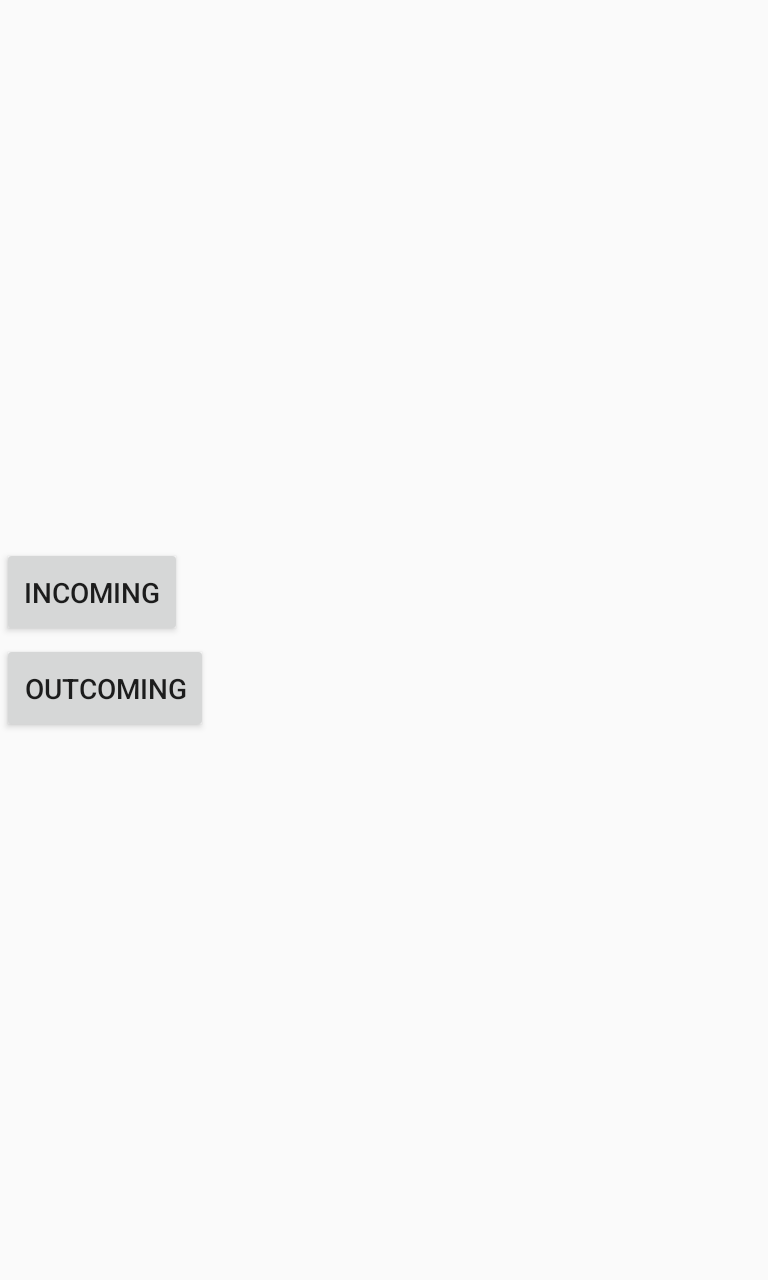
Repository: juanciullini/costManager
Layout: costManager/res/layout/fragment_main.xml
An editor plug-in stored every save of this project. The layout is shown before and after the next save, followed by the edit.
It is drawn on a 768 x 1280 px phone screen (xhdpi) without system bars, with theme AppTheme; the app's code is not run.

Above is the layout before, as saved 2014-10-28 17:02:19.

### costManager/res/layout/fragment_main.xml
<LinearLayout xmlns:android="http://schemas.android.com/apk/res/android"
    xmlns:tools="http://schemas.android.com/tools"
    android:layout_width="match_parent"
    android:layout_height="match_parent"
    android:gravity="center_vertical"
    android:orientation="vertical"
    tools:context="com.june.costmanager.MainActivity$PlaceholderFragment" >

    <Button
        android:id="@+id/button_incoming"
        android:layout_width="wrap_content"
        android:layout_height="wrap_content"
        android:text="@string/button_incoming" />

    <Button
        android:id="@+id/button_outcoming"
        android:layout_width="wrap_content"
        android:layout_height="wrap_content"
        android:text="@string/button_outcoming" />"

</LinearLayout>

### costManager/res/values/strings.xml
<?xml version="1.0" encoding="utf-8"?>
<resources>

    <string name="app_name">costManager</string>
    <string name="hello_world">Hello world!</string>
    <string name="action_settings">Settings</string>
    <string name="button_incoming">Incoming</string>
    <string name="button_outcoming">Outcoming</string>

</resources>

Loaded but not shown: costManager/res/values/styles.xml (common file); costManager/res/values-v11/styles.xml (common file); costManager/res/values-v14/styles.xml (common file)

After the next save:
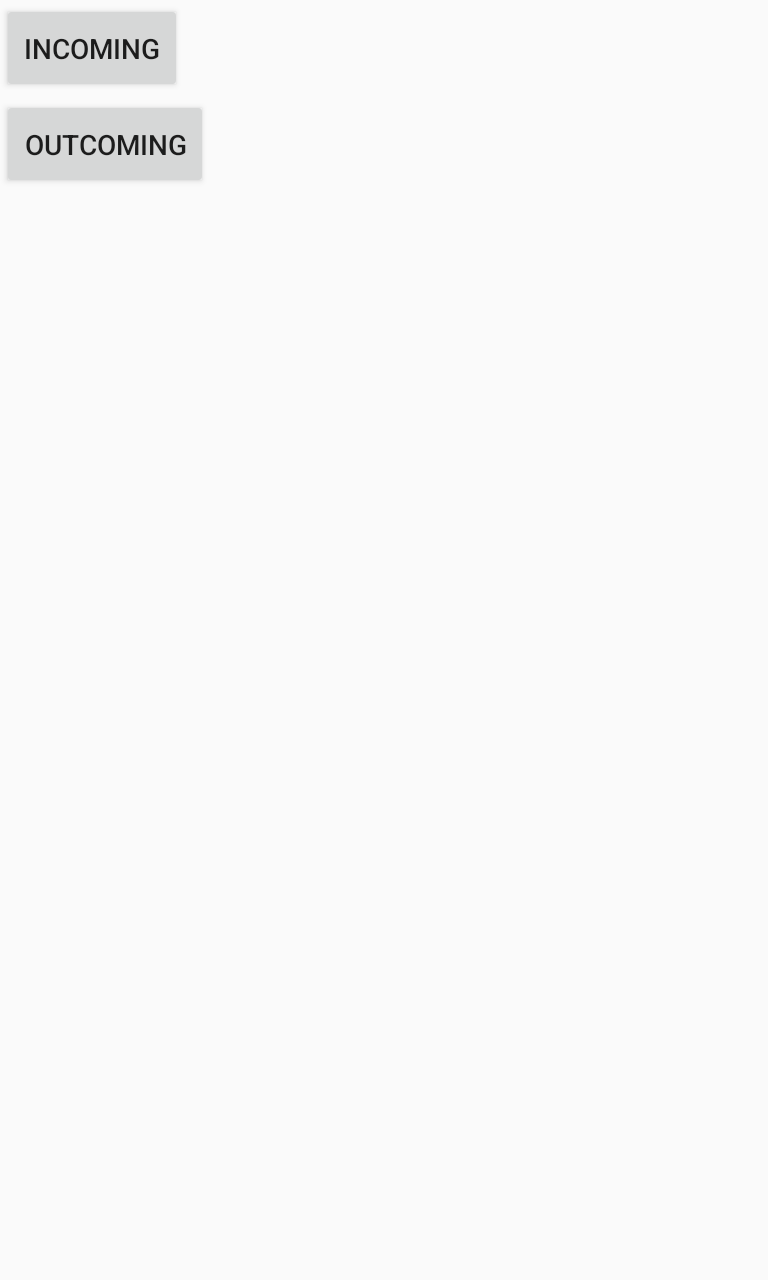
Saved 10 s later.
--- a/costManager/res/layout/fragment_main.xml
+++ b/costManager/res/layout/fragment_main.xml
@@ -2,7 +2,7 @@
     xmlns:tools="http://schemas.android.com/tools"
     android:layout_width="match_parent"
     android:layout_height="match_parent"
-    android:gravity="center_vertical"
+    android:gravity="centerl"
     android:orientation="vertical"
     tools:context="com.june.costmanager.MainActivity$PlaceholderFragment" >
 
